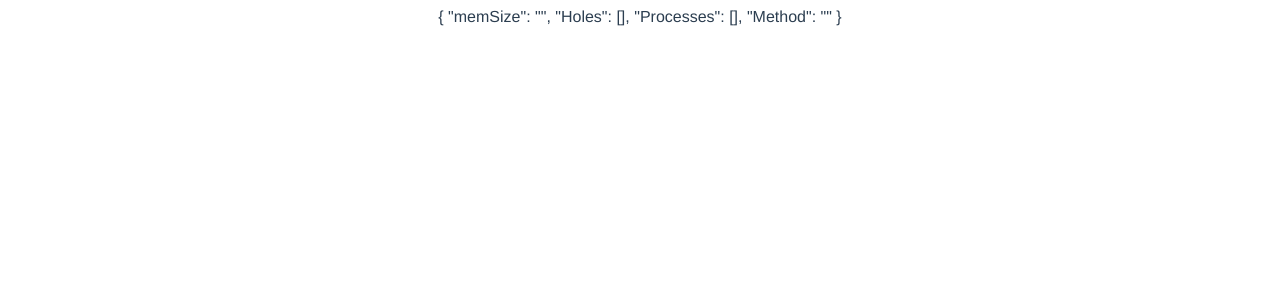
Repository: atout811/memory-allocation-project
Page: /#/final
These files come from the project's save history. The page is drawn as it stood at one moment and after the next save; the edit follows.
The browser window is 1280 px wide. The pictures show the whole page.
The project was rebuilt for these pictures with package versions that can differ from the ones it lists, and the page was loaded fresh each time. Also part of the build but not shown: src/views/MemoryAndHoles.vue, src/views/Process.vue, src/views/Methods.vue.

Above is the page before, as saved 2021-06-06 18:09:52.

### src/App.vue
<template>
  <router-view />
</template>
<script>
import MemHole from "./views/MemoryAndHoles.vue";
export default {
  name: "App",
  components: { MemHole },
};
</script>
<style lang="scss">
#app {
  font-family: Avenir, Helvetica, Arial, sans-serif;
  -webkit-font-smoothing: antialiased;
  -moz-osx-font-smoothing: grayscale;
  text-align: center;
  color: #2c3e50;
  display: flex;
  flex-direction: column;
  align-items: center;
}
a {
  font-weight: bold;
  color: #42b983;

  &.router-link-exact-active {
    color: #42b983;
  }
}
</style>

### src/router/index.js
import { createRouter, createWebHashHistory } from "vue-router";
import Process from "../views/Process";
import MemoryAndHoles from "../views/MemoryAndHoles";
import Methods from "../views/Methods";
import Final from "../views/Final";

const routes = [
  {
    path: "/",
    name: "Home",
    component: MemoryAndHoles,
  },
  {
    path: "/process",
    name: "Process",
    component: Process,
  },
  {
    path: "/methods",
    name: "Methods",
    component: Methods,
  },
  {
    path: "/final",
    name: "Final",
    component: Final,
  },
];

const router = createRouter({
  history: createWebHashHistory(),
  routes,
});

export default router;

### src/store/index.js
import { createStore } from "vuex";

export default createStore({
  state: {
    input: {
      memSize: "",
      Holes: [],
      Processes: [],
      Method: "",
    },
  },
  mutations: {},
  actions: {},
  modules: {},
});

### src/views/Final.vue
<template>
  {{ data }}
</template>

<script>
export default {
  name: "Final",

  data() {
    return {
      data: this.$store.state.input,
    };
  },
};
</script>

<style scoped>
</style>

Loaded but not shown: public/index.html (common file); src/main.js (common file)

After the next save:
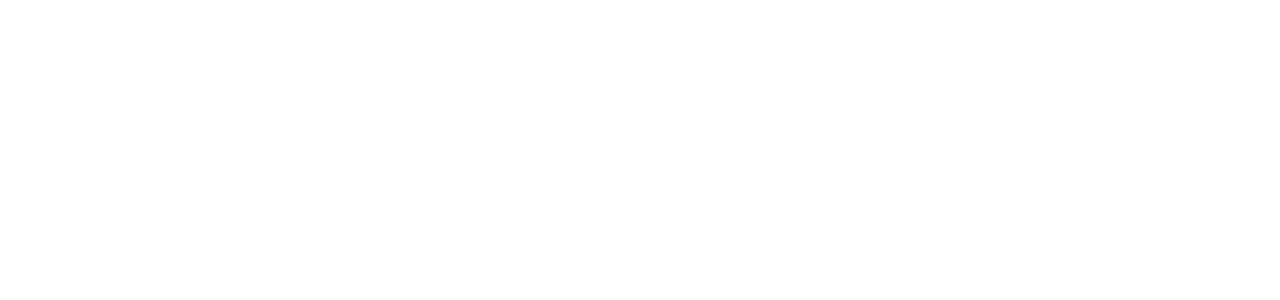
Console error: TypeError: JSON.Stringfy is not a function
Saved 42 s later.
--- a/src/views/Final.vue
+++ b/src/views/Final.vue
@@ -1,5 +1,5 @@
 <template>
-  {{ data }}
+  {{ JSON.Stringfy(data) }}
 </template>
 
 <script>

After the 2 saves that followed:
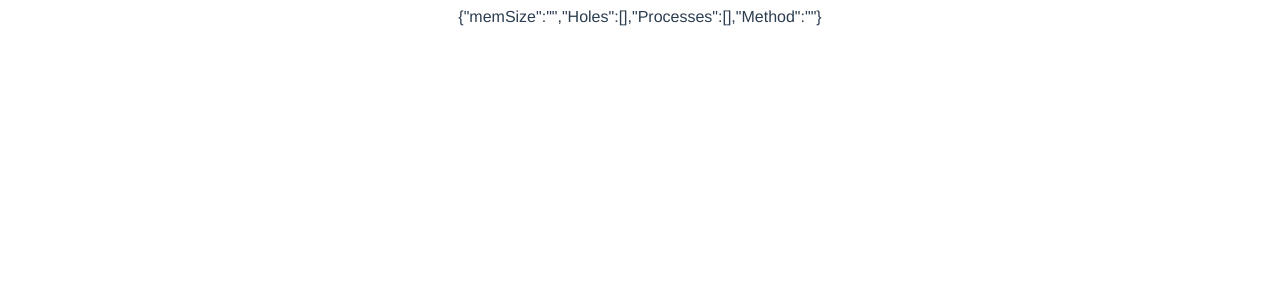
The error is gone.
The 2 saves are shown as one change because 1 left the picture as it was.
The last was saved 27 s later.
--- a/src/views/Final.vue
+++ b/src/views/Final.vue
@@ -1,5 +1,5 @@
 <template>
-  {{ JSON.Stringfy(data) }}
+  {{ JSON.stringify(data) }}
 </template>
 
 <script>
